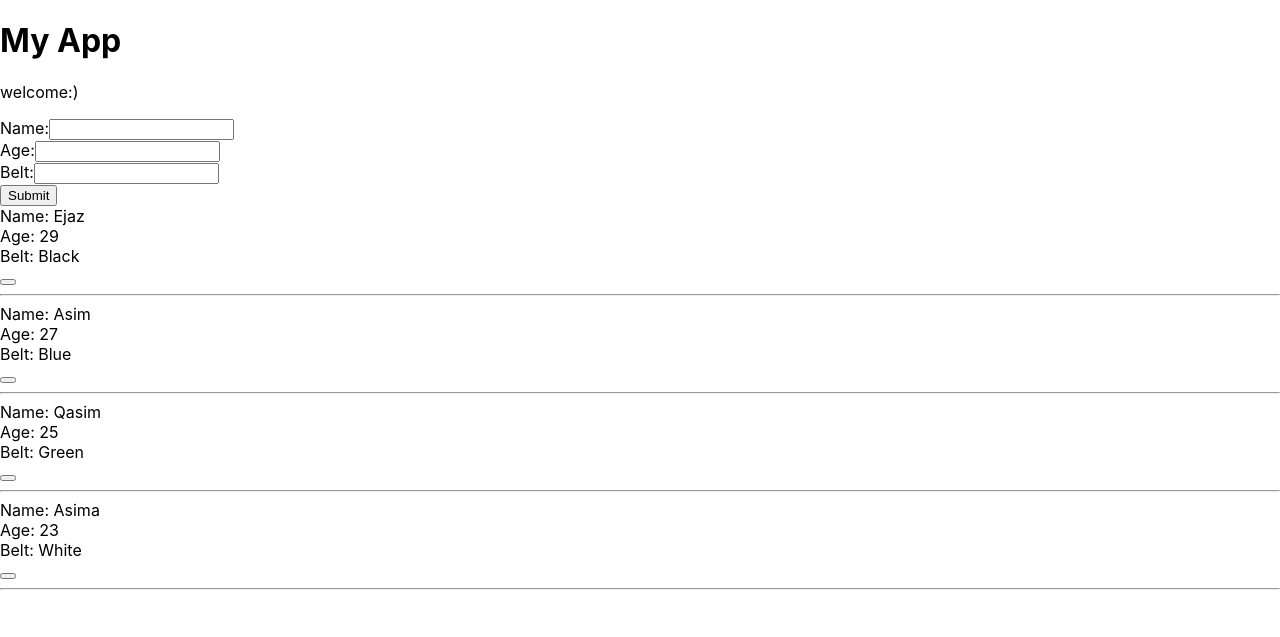
Repository: ejazsidhu/reactJSPrecticeNinja
Page: /
The author's editor kept a copy of each file at every save. The page is drawn from the files as they stood at one save, then again after the next save.
The browser window is 1280 px wide. The pictures show the whole page.
The project was rebuilt for these pictures with package versions that can differ from the ones it lists, and the page was loaded fresh each time.

Above is the page before, as saved 2020-04-10 20:25:27.

### src/App.js
import React from 'react';
import Ninjas from './ninjas'
import AddNinja from './addNinja';

class App extends React.Component {
  state={
    ninjas:[
      {id:1,name:"Ejaz",age:"29",belt:"Black"},
      {id:2,name:"Asim",age:"27",belt:"Blue"},
      {id:3,name:"Qasim",age:"25",belt:"Green"},
      {id:4,name:"Asima",age:"23",belt:"White"}


    ]
  }
  AddNinja=(ninja)=>{
    ninja.id=Math.random();
    const ninjas=[...this.state.ninjas,ninja];
    this.setState({
      ninjas:ninjas
    })
  }

  deleteNinja=(id)=>{
    console.log(id);
  }
render(){
  return (
    <div className="App">
  <h1>My App</h1>
  <p>welcome:)</p>
<AddNinja AddNinja={this.AddNinja} deleteNinja={this.deleteNinja}/>
  <Ninjas ninjas={this.state.ninjas}/>
    </div>
  );
}
}

export default App;

### src/ninjas.js
import React ,{Component} from 'react';

export default class Ninjas extends Component{
    render(){
        // console.time('timer')
        console.log(this.props.ninjas);
        // console.timeEnd('timer')
        const {ninjas}=this.props;
        const ninjasList=ninjas.map(ninja=>{
            return (
            <div className="Ninjas" key={ninja.id}>

                <div>Name: {ninja.name}</div>
                <div>Age: {ninja.age}</div>
                <div>Belt:  {ninja.belt}</div>
                <button onClick={()=>{this.props.deleteNinja(ninja.id)}}></button>
                <hr/>
                </div>
            )
        })
        return (
            <div className="ninja-list">
                {ninjasList}

            </div>

        )
    }
}

### src/addNinja.js
import React, { Component } from 'react';
class AddNinja extends Component {
    state = {
        name:null,
        age:null,
        belt:null
      }
      handleChange=(e)=>{
          this.setState({
              [e.target.id]:e.target.value
          })
      }

      handleSubmit=(e)=>{
          e.preventDefault();
        //   console.log(this.state)
        this.props.AddNinja(this.state)
      }
    render() {
        return (
            <div className="add-ninjas">
                <form onSubmit={this.handleSubmit}>
                    <label htmlFor="name">Name:</label>
                    <input type="text" id="name" onChange={this.handleChange}/><br/>
                    <label htmlFor="age">Age:</label>
                    <input type="text" id="age" onChange={this.handleChange}/><br/>
                    <label htmlFor="belt">Belt:</label>
                    <input type="text" id="belt" onChange={this.handleChange}/><br/>
                    <button type="submit">Submit</button>
                </form>

            </div>
          );
    }
}

export default AddNinja;

Loaded but not shown: public/index.html (common file); src/index.js (common file); src/index.css (common file); src/serviceWorker.js (common file)

After the next save:
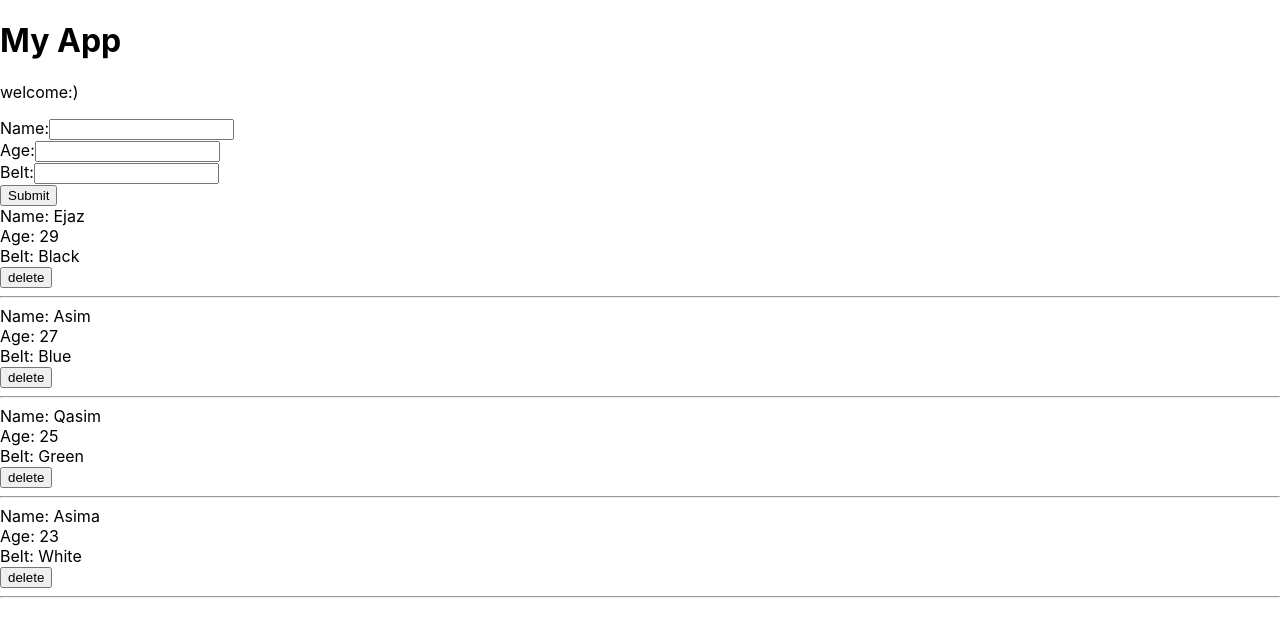
Saved 13 s later.
--- a/src/ninjas.js
+++ b/src/ninjas.js
@@ -13,7 +13,7 @@ export default class Ninjas extends Component{
                 <div>Name: {ninja.name}</div>
                 <div>Age: {ninja.age}</div>
                 <div>Belt:  {ninja.belt}</div>
-                <button onClick={()=>{this.props.deleteNinja(ninja.id)}}></button>
+                <button onClick={()=>{this.props.deleteNinja(ninja.id)}}>delete</button>
                 <hr/>
                 </div>
             )
